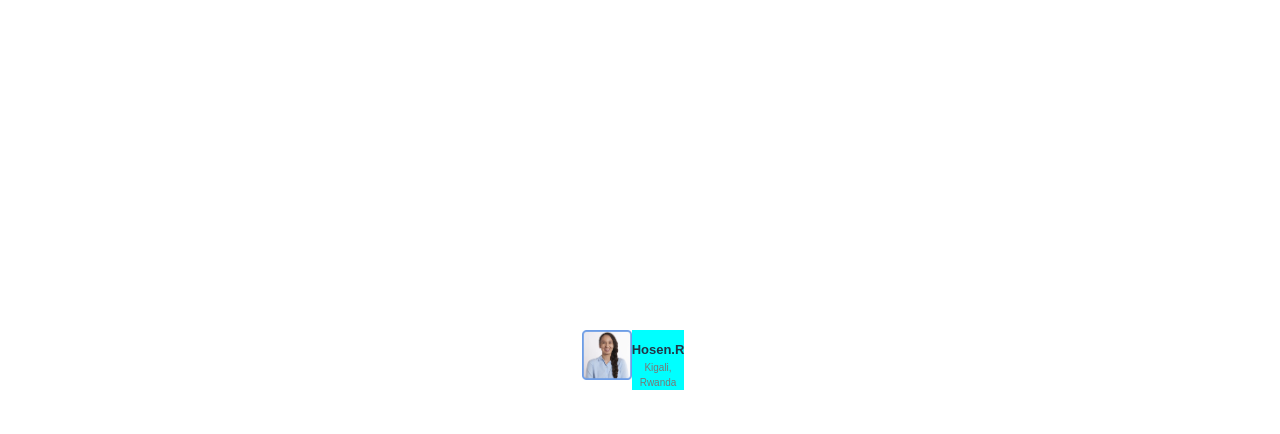
Repository: Auda-frontend/Kenshikeza
Page: /
An editor plug-in stored every save of this project. The page is shown before and after the next save, followed by the edit.
The browser window is 1280 px wide. The pictures show the whole page.
The project was rebuilt for these pictures with package versions that can differ from the ones it lists, and the page was loaded fresh each time. Also part of the build but not shown: vite.config.js.

Above is the page before, as saved 2024-01-24 22:47:21.

### src/App.jsx
import './App.css'
import SideBar from './Components/SideBar'

function App() {
  return (
    <div>
      <SideBar />
    </div>
  )
}

export default App

### src/Components/SideBar.jsx
import React from "react";
import Profile from "../assets/Rectangle 79.png";
import './SideBar.css';

function SideBar() {
  return (
    <div className="container">
    <div className="leftSide">
      <img src={Profile} alt="Profile photo" className="profilePhoto" />
      <div className="desc">
      <h2 className="names">Hosen.R</h2>
      <p>Kigali, Rwanda</p>
      </div>
    </div>
    </div>
  );
}

export default SideBar;

### src/Components/SideBar.css
*{
    margin: 0;
    padding: 0;
    box-sizing: border-box;
    font-family: sans-serif;
}
.container{
    padding: 0;
}
.leftSide{
    display: flex;
    max-width: 25%;
    max-height: 100%;
}
.leftSide .profilePhoto{
    float: left;
    width: 50px;
    height: 50px;
    margin: ;a: 10px;
}
.desc{
    display: table-column;
    align-items: center;
    padding-top: 10px;
    /* padding: 5px; */
    background-color: aqua;
}
.desc .names{
    font-size: small;
    /* margin: 5px; */
}
.desc p{
    font-size: x-small;
    color: rgb(121, 118, 118)
}

Loaded but not shown: index.html (common file); src/main.jsx (common file); src/index.css (common file); src/App.css (common file)

After the next save:
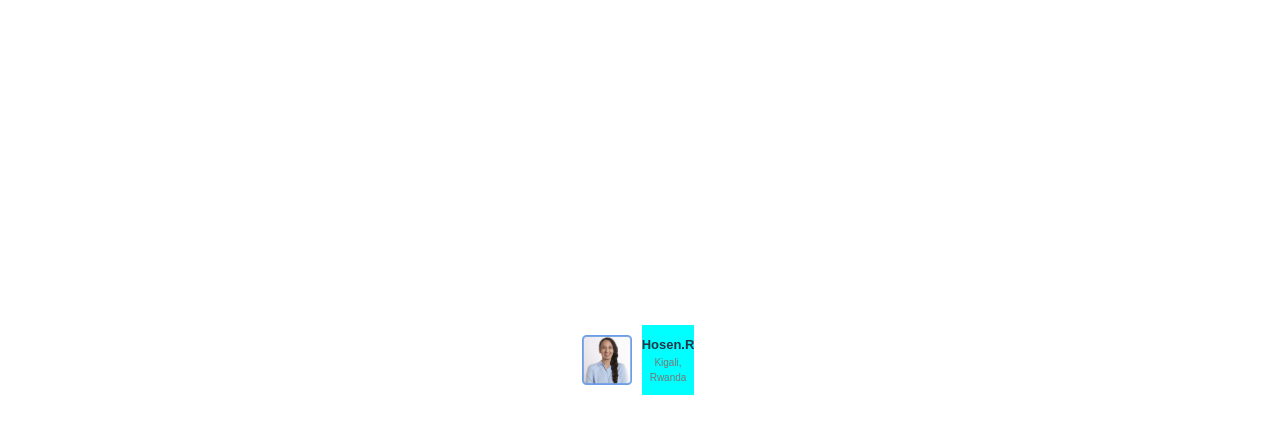
Saved 4 s later.
--- a/src/Components/SideBar.css
+++ b/src/Components/SideBar.css
@@ -16,7 +16,7 @@
     float: left;
     width: 50px;
     height: 50px;
-    margin: ;a: 10px;
+    margin: 10px;
 }
 .desc{
     display: table-column;

After the save that followed:
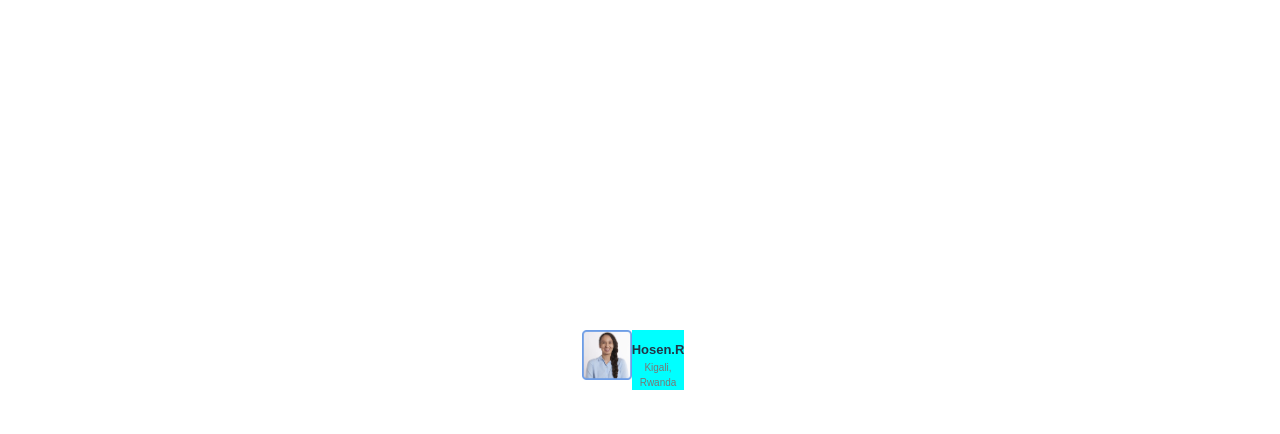
Saved 21 s later.
--- a/src/Components/SideBar.css
+++ b/src/Components/SideBar.css
@@ -16,7 +16,7 @@
     float: left;
     width: 50px;
     height: 50px;
-    margin: 10px;
+    /* margin: 10px; */
 }
 .desc{
     display: table-column;
